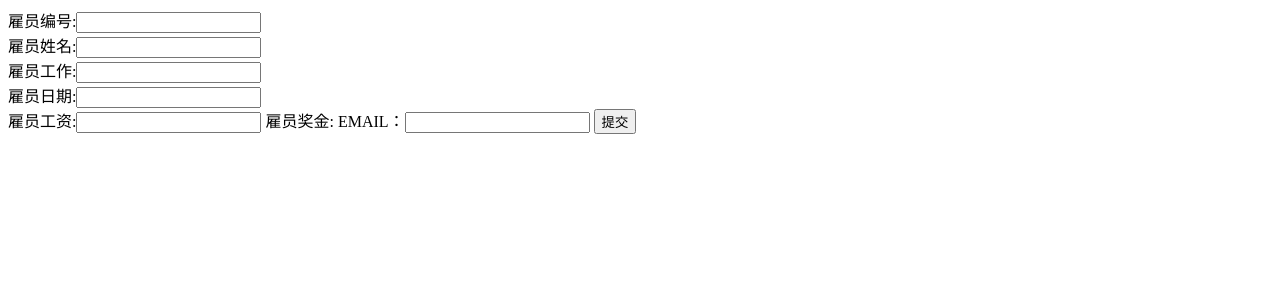
Repository: wikelgc/JSP
Page: http://localhost/ZhuCe/zhuce.jsp
An editor plug-in stored every save of this project. The page is shown before and after the next save, followed by the edit.
The browser window is 1280 px wide. The pictures show the whole page.
The page is served by Tomcat 9.

Above is the page before, as saved 2015-05-31 08:24:47.

### ZhuCe/WebRoot/zhuce.jsp
<%@page contentType="text/html; charset=utf-8"%>
<html>
<head>
	<title>JavaScript应用正则表达式</title>
	<script language="JavaScript">
		function validate(f){	// 定义函数，此时f就表示myform
			var value = f.email.value ;	// 取得输入的内容
			if(!/^\w+@\w+.\w+$/.test(value)){	// 对输入内容验证
				alert("EMAIL输入格式不正确！") ;
				f.email.focus() ; 	// 让焦点定位到email框
				f.email.select() ;	// 选择全部内容
				return false;		// 返回false，表单不提交
			}
			return true ;		// 返回true，表单提交
		}
	</script>
</head>

<body>
	<form action="" method="post" name="myform" onSubmit="return validate(this)">
		雇员编号:<input type = "text" name = username><br>
		雇员姓名:<input type = "password" name = userpsw><br>
		雇员工作:<input id="myCar" list="cars"/>
              <datalist id="cars">
	               <option value="宣传部">
	               <option value="销售部">
	               <option value="技术部">
              </datalist><br>
		雇员日期:<input typp = "data" name = userdata><br>
		雇员工资:<input type = "">
		雇员奖金:
		EMAIL：<input type="text" name="email">

		<input type="submit" value="提交">
	</form>
</body>
</html>

After the next save:
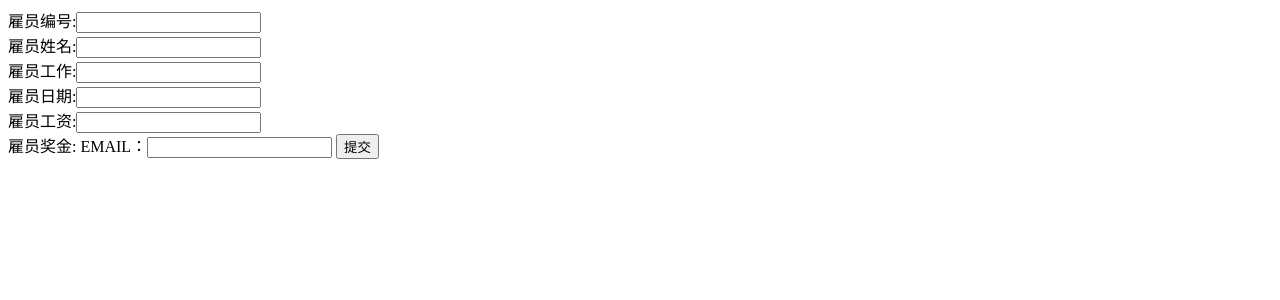
Saved 49 s later.
--- a/ZhuCe/WebRoot/zhuce.jsp
+++ b/ZhuCe/WebRoot/zhuce.jsp
@@ -27,7 +27,7 @@
 	               <option value="技术部">
               </datalist><br>
 		雇员日期:<input typp = "data" name = userdata><br>
-		雇员工资:<input type = "">
+		雇员工资:<input type = ""><br>
 		雇员奖金:
 		EMAIL：<input type="text" name="email">
 
